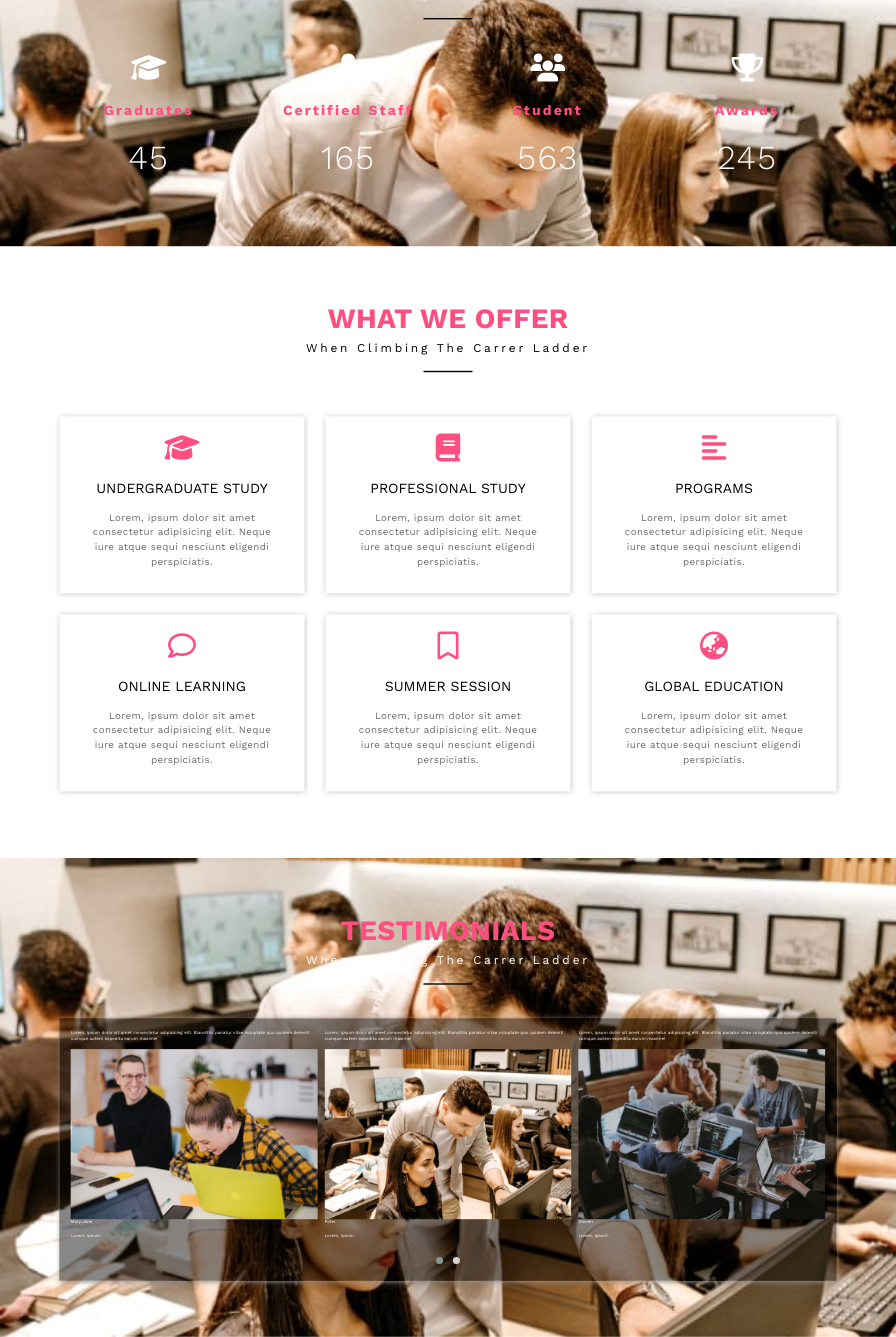
Repository: tudo1611/BC44_BOOTSTRAP_B7_INSTRUCTION_DO-TRUNG-TU
Page: index.html
An editor plug-in stored every save of this project. The page is shown before and after the next save, followed by the edit.
The browser window is 1280 px wide. The pictures show the part of the page from y = 1954 to 3874 px (the page is 3864 px tall before and 3874 px after), at 70% of full size.
Backgrounds fixed to the window are drawn as part of the page.

Above is the page before, as saved 2023-01-20 14:30:16.

After the next save:
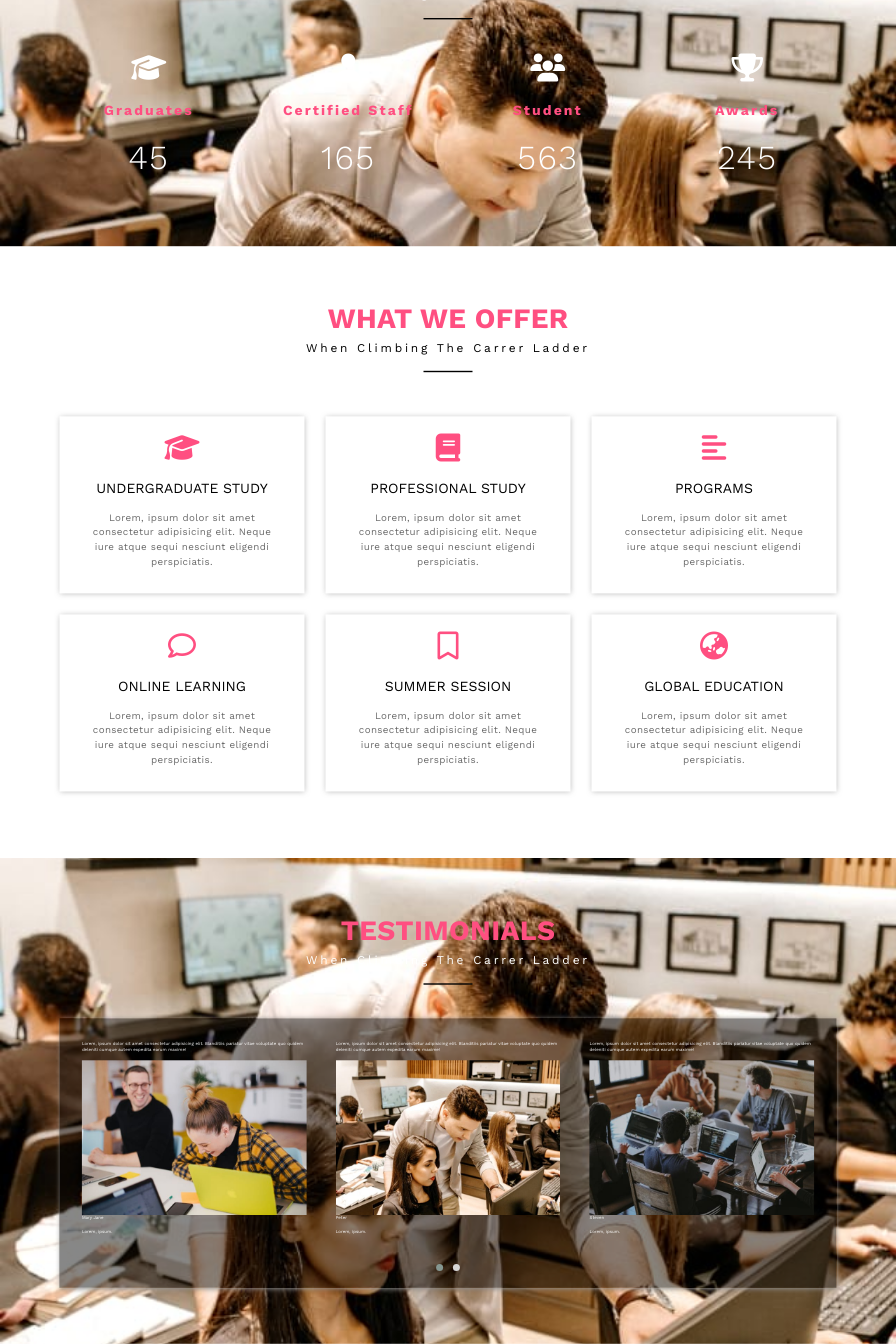
Saved 6 s later.
--- a/css/index.css
+++ b/css/index.css
@@ -262,5 +262,5 @@ html, body{
 }
 .feedback__content .item{
     color: #fff;
-    padi
-}
+    padding: 1.6rem;
+}
